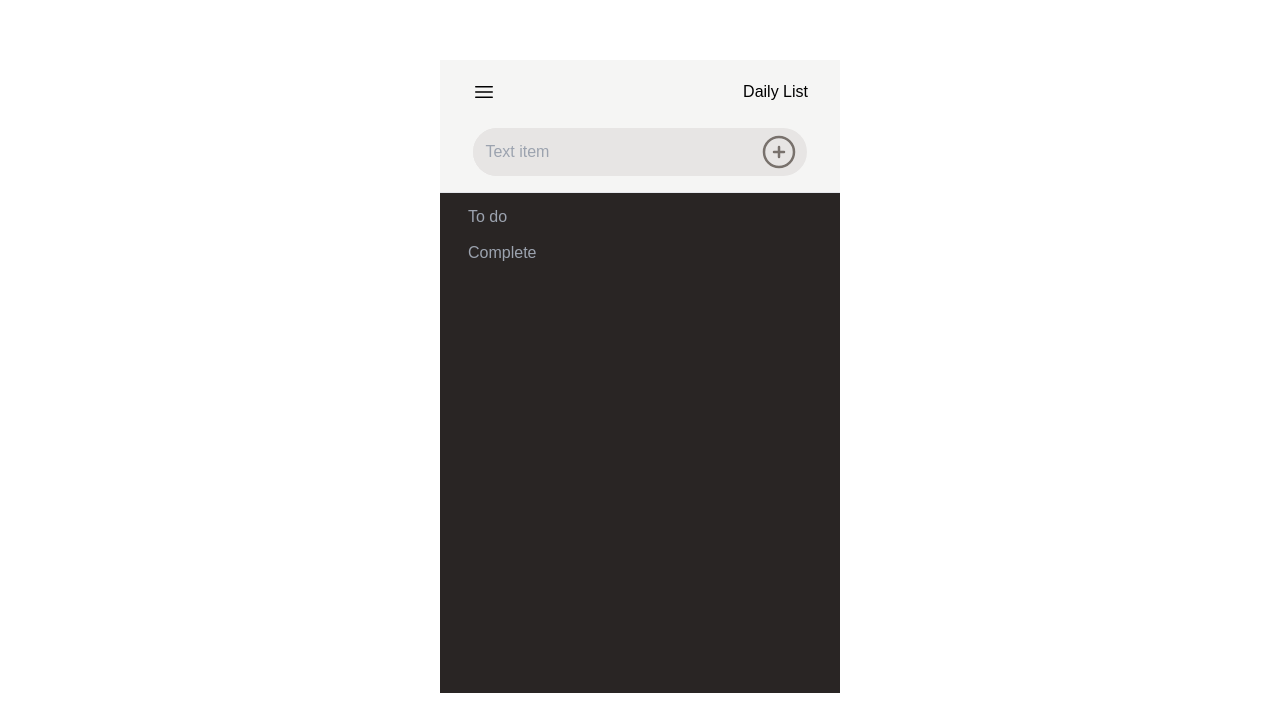
Repository: hsumyatm7308/TodolistbyPHP
Page: http://localhost/
The author's editor kept a copy of each file at every save. The page is drawn from the files as they stood at one save, then again after the next save.
The browser window is 1280 px wide. The pictures show the whole page.
Some web libraries are served in a nearby version. The page is run by PHP 8.4 with error messages shown; the project is at /var/www/html/. Queries for data that is not in the repository find no rows.

Above is the page before, as saved 2023-07-09 23:34:47.

### index.php
<!DOCTYPE html>
<html lang="en">

<head>
    <meta charset="UTF-8">
    <meta name="viewport" content="width=device-width, initial-scale=1.0">
    <title>To Do List</title>
    <link rel="stylesheet" href="https://cdnjs.cloudflare.com/ajax/libs/font-awesome/6.4.0/css/all.min.css">
    <script src="https://cdn.tailwindcss.com"></script>

    <style>
        * {
            font-family: sans-serif;
        }

        .scrollbar-hide::-webkit-scrollbar{
            display: none;
        }

    </style>

</head>

<body>
    <div class="w-screen h-screen container flex justify-center items-center">
        <div class="w-[400px] h-[600px] bg-stone-100">
            <!-- header nav  -->
            <div class="w-full h-14 flex justify-between items-center p-8">
                <div>
                    <svg xmlns="http://www.w3.org/2000/svg" fill="none" viewBox="0 0 24 24" stroke-width="1.5"
                        stroke="currentColor" class="w-6 h-6">
                        <path stroke-linecap="round" stroke-linejoin="round"
                            d="M3.75 6.75h16.5M3.75 12h16.5m-16.5 5.25h16.5" />
                    </svg>

                </div>
                <div>
                    <h4> Daily List</h4>
                </div>
            </div>

            <?php

            include("create.php");

            ?>

            <div class="w-full h-[500px] bg-stone-800 overflow-y-scroll scrollbar-hide">

                <?php

                include("updatetodo.php");
                include("complete.php");

                ?>
            </div>







        </div>
    </div>
</body>

</html>

### create.php
<?php
session_start();
ini_set('display_errors', 1);

require_once("database.php");

if ($_SERVER['REQUEST_METHOD'] === 'POST') {
    global $conn;

    $getdata = $_POST['textbox'];


    try {
        $stmt = $conn->prepare("INSERT INTO todolist (task) VALUES ( :task)");


        $task = $getdata;


        $stmt->bindParam(':task', $task);

        $stmt->execute();
    } catch (Exception $e) {
        echo "Error Found: " . $e->getMessage();
    }
}


?>





<!-- to do form  -->
<form action="" method="post" enctype="multipart/form-data">


    <div class="w-full h-auto flex justify-center items-center p-1">
        <div class="w-[85%] h-auto bg-stone-200 flex justify-between items-center rounded-3xl">
            <input type="text" name="textbox"
                class="w-[85%] bg-stone-200 rounded-tl-3xl rounded-bl-3xl p-3 focus:outline-none"
                placeholder="Text item">

            <button type="submit" name="submit" class="">
                <svg xmlns="http://www.w3.org/2000/svg" fill="none" viewBox="0 0 24 24" stroke-width="1.5"
                    stroke="currentColor" class="w-10 h-10 mr-2 text-stone-500 hover:text-stone-600">
                    <path stroke-linecap="round" stroke-linejoin="round"
                        d="M12 9v6m3-3H9m12 0a9 9 0 11-18 0 9 9 0 0118 0z" />
                </svg>
            </button>
        </div>

    </div>
    <hr class="mt-3">
</form>

### database.php
<?php

$dbhost = 'localhost';
$dbuser = 'root';
$dbpass = '';
$dbname = 'hmmdb';


try{

    $conn = new PDO("mysql:host=$dbhost;dbname=$dbname", $dbuser, $dbpass);
    $conn->setAttribute(PDO::ATTR_ERRMODE, PDO::ERRMODE_EXCEPTION);

    // echo "Connection successful";


}catch(Exception $e){
    "Error Found:".$e->getMessage();
}




?>

### updatetodo.php
<?php

// session_start();
ini_set('display_errors', 1);

require_once("database.php");
require_once("create.php");

try {

    global $conn;

    $stmt = $conn->prepare("SELECT id,task FROM todolist");
    $stmt->execute();




} catch (Exception $e) {
    "Found Error : " . $e->getMessage();
}




?>








<!-- update to do  -->
<form action="" method="post" class="mt-3" enctype="multipart/form-data">
    <h3 class="text-gray-400 ml-7 mb-1">To do</h3>


    <?php while ($row = $stmt->fetch()): ?>

        <div name="taskitems" class="w-full h-auto flex justify-center items-center p-1">


            <div class="w-[85%] h-auto bg-stone-200 flex justify-between items-center p-3">
                <span>
                    <button  type="submit" name="completeid" value="<?php echo $row["id"] ?>" >
                    <i class="fa-regular fa-circle-check"></i>
                    </button>
                    <span class="ml-1">
                        <?php echo $row['task'] ?>
                    </span>
                </span>

                <div >
                    <svg xmlns="http://www.w3.org/2000/svg" fill="none" viewBox="0 0 24 24" stroke-width="1.5"
                        stroke="currentColor" class="w-6 h-6">
                        <path stroke-linecap="round" stroke-linejoin="round"
                            d="M16.862 4.487l1.687-1.688a1.875 1.875 0 112.652 2.652L10.582 16.07a4.5 4.5 0 01-1.897 1.13L6 18l.8-2.685a4.5 4.5 0 011.13-1.897l8.932-8.931zm0 0L19.5 7.125M18 14v4.75A2.25 2.25 0 0115.75 21H5.25A2.25 2.25 0 013 18.75V8.25A2.25 2.25 0 015.25 6H10" />
                    </svg>
                </div>
            </div>



        </div>

    <?php endwhile; ?>







</form>

### complete.php
<?php
// session_start();
ini_set('display_errors', 1);

require_once("database.php");
require_once("updatetodo.php");

if ($_SERVER["REQUEST_METHOD"] === "POST") {


        $completeid = $_POST['completeid'];
        $row = $stmt->fetch();
        echo $completeid;

        try {
            global $conn;

            $stmt = $conn->prepare("SELECT id, task FROM todolist WHERE id = :completeid");
            $stmt->bindParam(':completeid', $completeid);
            $stmt->execute();

        } catch (Exception $e) {
            echo "Found Error: " . $e->getMessage();
        }

}
?>

<!-- complete work -->
<form action="" method="post" class="mt-3" enctype="multipart/form-data">
    <h3 class="text-gray-400 ml-7 mb-1">Complete</h3>

    <?php while ($row = $stmt->fetch()): ?>

            <div class="w-full h-auto flex justify-center items-center p-1">
                <div class="w-[85%] h-auto bg-stone-200 flex justify-between items-center p-3">
                    <span>
                        <i class="fa-solid fa-circle-check text-green-600"></i>
                        <span class="ml-1">
                            <?php echo $row['task']; ?>
                        </span>
                    </span>
                    <div>
                        <svg xmlns="http://www.w3.org/2000/svg" fill="none" viewBox="0 0 24 24" stroke-width="1.5"
                            stroke="currentColor" class="w-6 h-6">
                            <path stroke-linecap="round" stroke-linejoin="round"
                                d="M14.74 9l-.346 9m-4.788 0L9.26 9m9.968-3.21c.342.052.682.107 1.022.166m-1.022-.165L18.16 19.673a2.25 2.25 0 01-2.244 2.077H8.084a2.25 2.25 0 01-2.244-2.077L4.772 5.79m14.456 0a48.108 48.108 0 00-3.478-.397m-12 .562c.34-.059.68-.114 1.022-.165m0 0a48.11 48.11 0 013.478-.397m7.5 0v-.916c0-1.18-.91-2.164-2.09-2.201a51.964 51.964 0 00-3.32 0c-1.18.037-2.09 1.022-2.09 2.201v.916m7.5 0a48.667 48.667 0 00-7.5 0" />
                        </svg>
                    </div>
                </div>
            </div>

    <?php endwhile; ?>









</form>

After the next save:
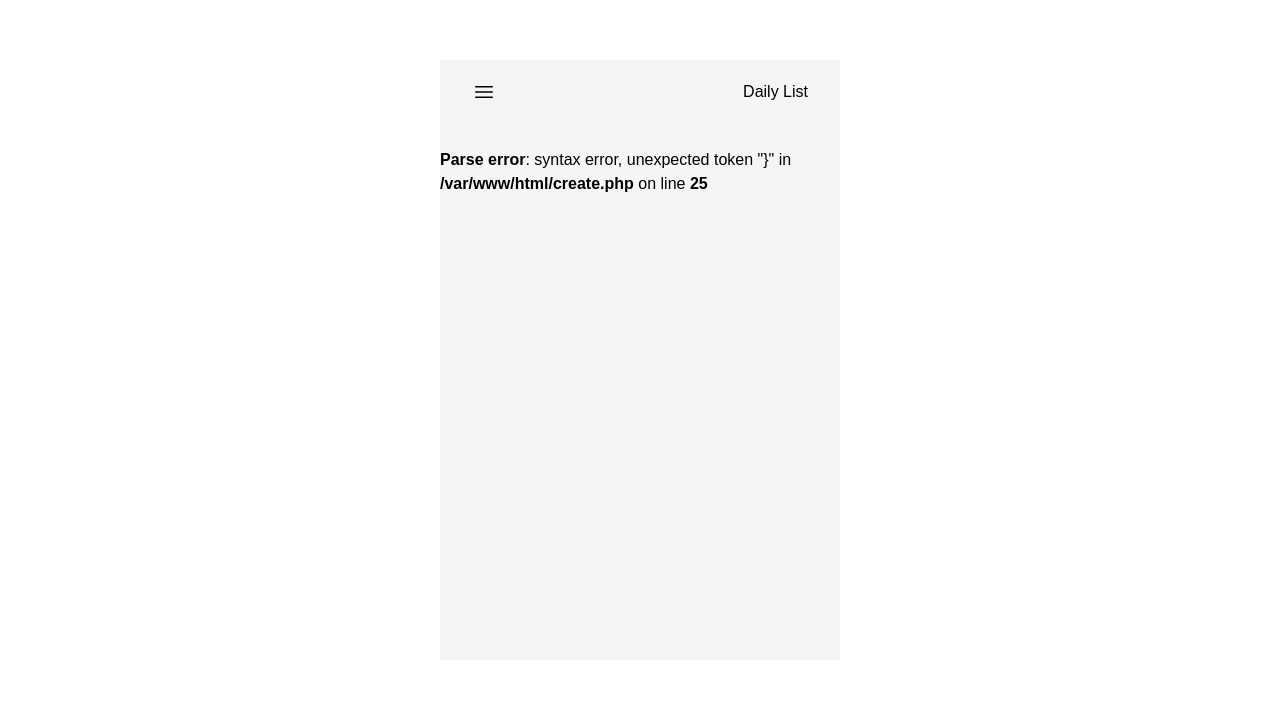
Saved 30 s later.
--- a/create.php
+++ b/create.php
@@ -18,6 +18,11 @@
 
 
         $stmt->bindParam(':task', $task);
+
+
+        if(!empty($task)){
+            echo
+        }
 
         $stmt->execute();
     } catch (Exception $e) {

After the save that followed:
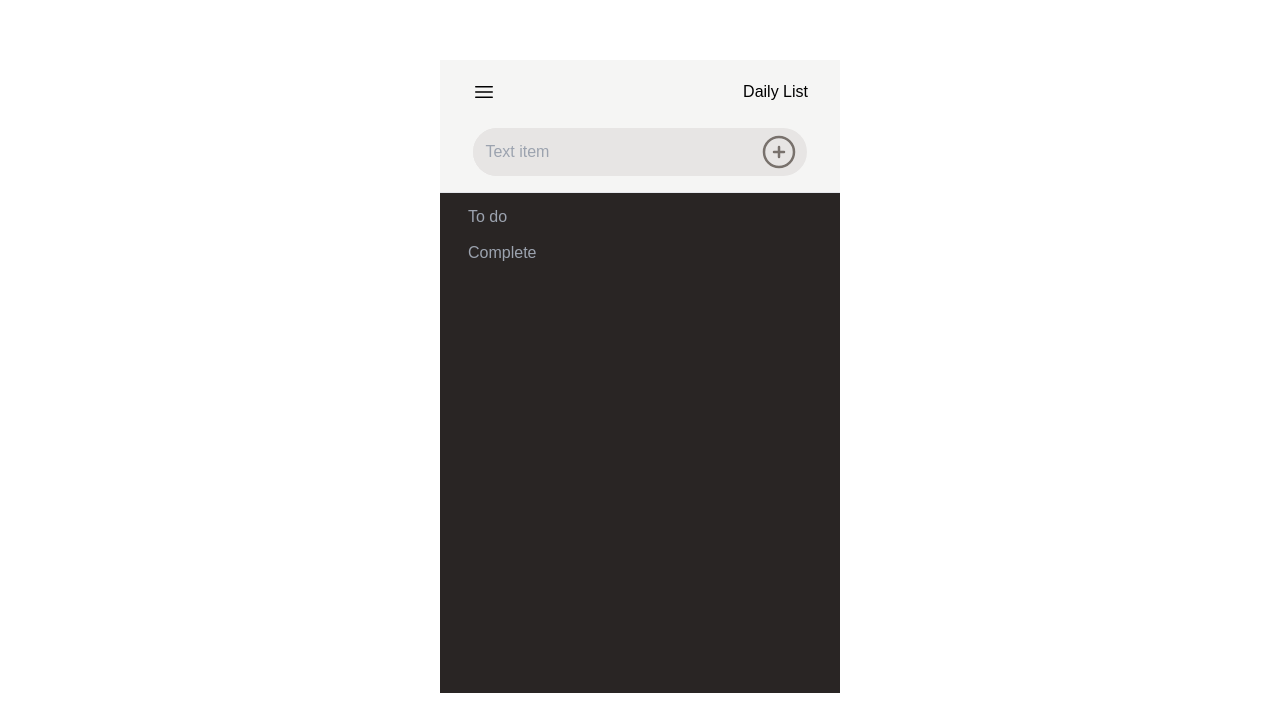
Saved 23 s later.
--- a/create.php
+++ b/create.php
@@ -21,7 +21,7 @@
 
 
         if(!empty($task)){
-            echo
+            echo "You have to add somethig";
         }
 
         $stmt->execute();
